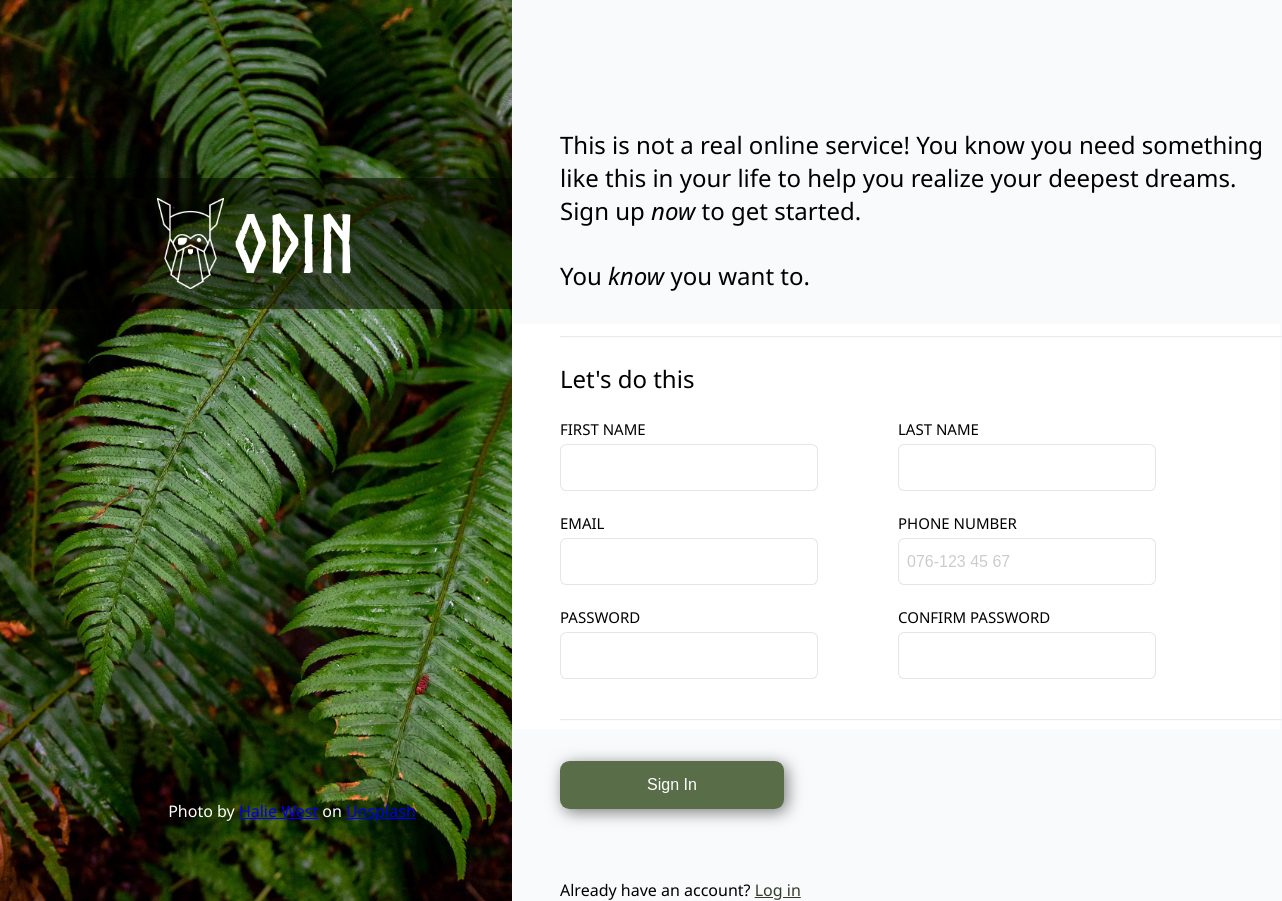
Repository: fed26sto-fundamentals/sign-up-form-odai-dh
Page: index.html
These files come from the project's save history. The page is drawn as it stood at one moment and after a run of saves; the edit follows.
The browser window is 1280 px wide. The page is 1282 px wide, so the pictures cover 1282 px, including what lies to the right of the window. The pictures show the whole page.

Above is the page before, as saved 2024-10-01 21:15:57.

### index.html
<!DOCTYPE html>
<html lang="en">

<head>
    <meta charset="UTF-8">
    <meta name="viewport" content="width=device-width, initial-scale=1.0">
    <link href="styles.css" rel="stylesheet" />
    <title>Document</title>
</head>

<body>
    <div class="leftSide">
        <div class="odinLogo">
            <img src="/img/odin-lined.png" alt="odin logo">
            <p>ODIN</p>
        </div>
        <div class="leftSideFoot">
            <p>Photo by <a href="https://unsplash.com/@haliewestphoto" target="_blank">Halie West</a> on <a
                    href="https://unsplash.com/" target="_blank">Unsplash</a></p>

        </div>
    </div>
    <div class="rightSide">
        <div class="textR">
            <p>This is not a real online service! You know you need something like this in your life to help you realize
                your deepest dreams. Sign up <em>now</em> to get started.</p>
        </div>
        <div class="textRs">
            <p> You <em>know</em> you want to.</p>
        </div>
        <div class="form">
            <form action="#" class="form">
                <div class="formTitle">
        <hr id="line">
                    <p>Let's do this</p>
                </div>
                <div class="formStart">
                    <div class="cill1">
                        <div class="firstN">
                            <label for="firstN">FIRST NAME</label>
                            <input type="text" id="firstN" class="required" name="firstName" required>
                            <span class="error-message" aria-live="polite">First Name is required</span>
                        </div>
                        <div class="emailIn">
                            <label for="emailIn">EMAIL</label>
                            <input type="email" id="emailIn" class="required" name="email" required>
                            <span class="error-message" aria-live="polite">Email is required</span>
                        </div>
                        <div class="passwordIn">
                            <label for="passwordIn">PASSWORD</label>
                            <input type="password" id="passwordIn" class="required" name="password" required minlength="8" maxlength="16">
                            <span class="error-message" aria-live="polite">Password must be between 8 and 16 characters.</span>
                        </div>
                    </div>
                    <div class="cill2">
                        <div class="lastN">
                            <label for="lastN">LAST NAME</label>
                            <input type="text" id="lastN" class="required" name="lastName" required>
                            <span class="error-message" aria-live="polite">Last Name is required</span>
                        </div>
                        <div class="nummber">
                            <label for="number">PHONE NUMBER</label>
                            <input type="tel" id="number" class="required" name="phoneNumber" pattern="076-[0-9]{3} [0-9]{2} [0-9]{2}" placeholder="076-123 45 67" required>
                            <span class="error-message" aria-live="polite">Please enter a valid phone number.</span>
                        </div>
                        <div class="passwordCon">
                            <label for="passwordCon">CONFIRM PASSWORD</label>
                            <input type="password" id="passwordCon" class="required" name="confirmPassword" required minlength="8" maxlength="16">
                            <span class="error-message" aria-live="polite">Password do Not match</span>
                        </div>
                    </div>

                </div>
                <hr id="line">
        </div>

        <div class="submtion">
            <button id="forSubmtion"> Sign In</button>
            <div id="forSubmtionError"></div>
            <p>
                Already have an account? <a href="">Log in</a>
            </p>
        </div>
        </form>
    </div>
</body>

</html>

### styles.css
@font-face {
    font-family: 'NorseBold';
    src: url('../fonts/Norse-Bold.otf') format('opentype');

}

body {
    font-family: 'Segoe UI', Tahoma, Geneva, Verdana, sans-serif;
    display: flex;
    align-content: center;
    min-height: 100vh;
    margin: 0;
    padding: 0px;
    height: 100%;
    background-color: #F9FAFB;
    ;

}



.leftSide {
    background: url(/img/green.jpg) no-repeat;
    border: 0;
    width: 40%;
    align-content: center;
    background-size: cover;
    background-position: center;

}

.odinLogo {
    display: flex;
    justify-content: center;
    align-items: center;
    height: 10%;
    padding: 20px;
    gap: 10px;
    background-color: rgba(0, 0, 0, 0.5);
    position: relative;
    top: -25vh;
}

.odinLogo img {
    height: 100%;
}

.odinLogo p {
    color: white;
    font-size: 80px;
    font-family: 'NorseBold', sans-serif;
}


.leftSideFoot {
    display: flex;
    justify-self: center;
    position: relative;
    bottom: -41vh;
    left: 5vh;
}

.leftSideFoot p {
    color: rgb(255, 255, 255);
}

.leftSideFoot a:visited {
    color: rgb(199, 201, 221);
}

.leftSideFoot a:hover {
    color: rgb(187, 131, 239);
    transition: 0.5s;
}




.rightSide {
    display: flex;
    flex-direction: column;
    gap: 2rem;
}


.rightSide>div {
    padding-left: 3rem;
}

.rightSide>div>p {
    margin-top: 0;
    margin-bottom: 0;
}

.textR,
.textRs,
.formTitle {
    font-size: 1.5rem;
}

.textR {
    margin-top: 8rem;
}

.form{
    background-color: rgb(255, 255, 255);
}
.formStart {
    display: flex;
    justify-content: left;
    gap: 5rem;
    flex-wrap: wrap;
}

.formStart div {
    display: flex;
    flex-direction: column;
    gap: 1.4rem;
}

.formStart>div {
    margin-bottom: 2rem;
}

.formStart div div label {
    font-size: 15px;
}

.formStart div div input {
    width: 100%;

}
.formStart div div input:focus {
    border-color: #007BFF;
    box-shadow: 0 0 5px rgba(0, 123, 255, 1);

}

#line{
    width: 100%;
    opacity: 0.2;

}



.error-message {
    display: none;
    color: #d30c34;
    font-size: 12px;
    margin-top: -5px;
}

input:not(:focus):invalid+.error-message {
    display: none;
}

input:invalid+.error-message {
    display: block;
    margin-top: 4px;
}
input:not(:focus):invalid {
    border: 1px solid rgba(128, 128, 128, 0.2); /* Neutraler grauer Rand */
}

input::placeholder {
    color: grey;
    font-size: 16px;
    opacity: 0.4;
}


.formStart div div input {
    height: 1.8rem;
    width: 15rem;
    border: 1px solid #ccc;
    border-radius: 0.4rem;
    outline: none;
    padding: 0.5rem;
    font-size: 18px;
}

.formStart div div {
    display: flex;
    flex-direction: column;
    gap: 0.3rem;
}

.submtion {
    display: flex;
    flex-direction: column;
    gap: 2.2rem
}

.submtion a {
    color: #596D48;
}

.submtion a:visited {
    color: #313d27;
}

#forSubmtion {
    cursor: pointer;
    height: 3rem;
    width: 14rem;
    background-color: #596D48;
    color: white;
    font-size: 16px;
    border: 0px;
    border-radius: 0.6rem;
    box-shadow: 0.2rem 0.2rem 1rem rgba(0, 0, 0, 0.5);
}

After the next 2 saves:
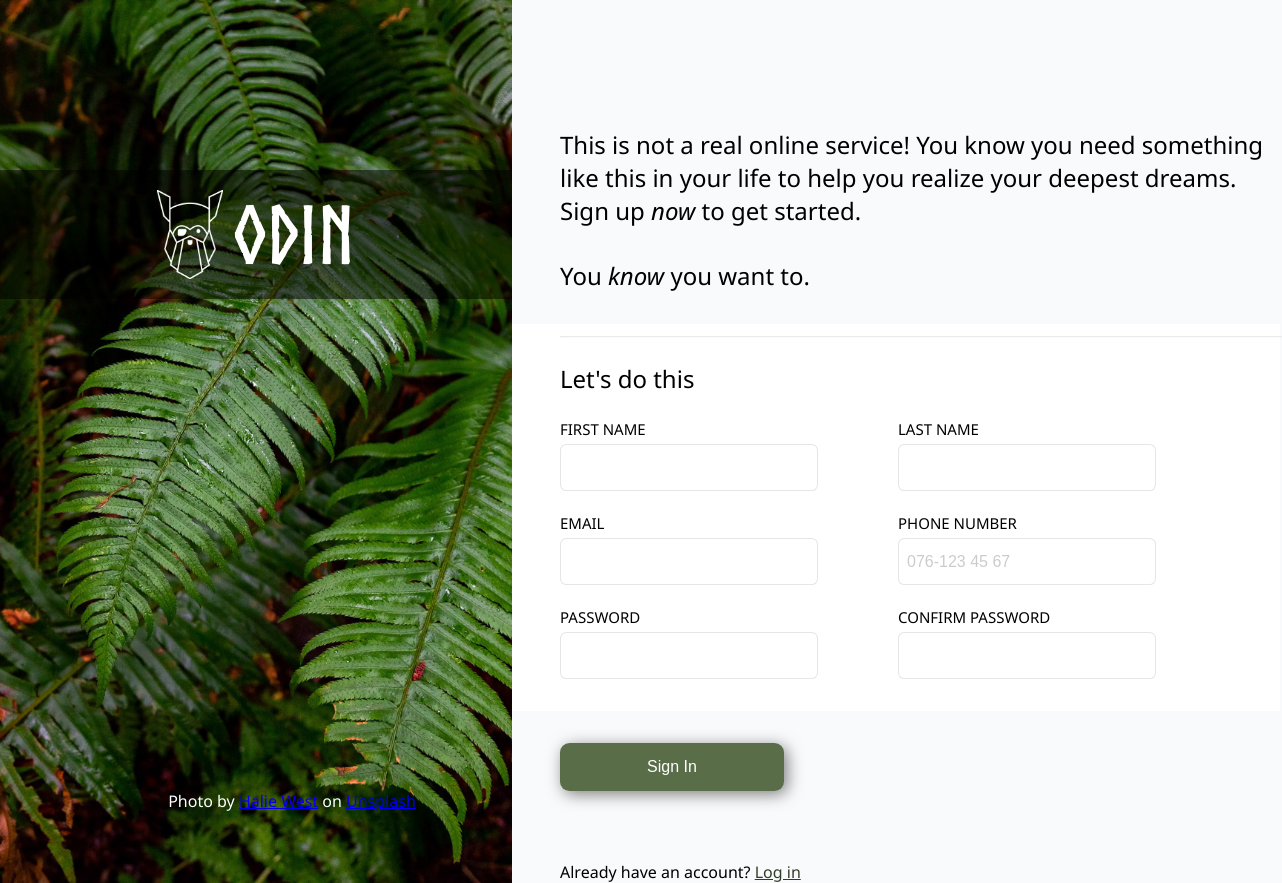
The 2 saves are shown as one change because they came seconds apart.
The last was saved 18 s later.
--- a/index.html
+++ b/index.html
@@ -71,7 +71,7 @@
                     </div>
 
                 </div>
-                <hr id="line">
+
         </div>
 
         <div class="submtion">

After the 2 saves that followed:
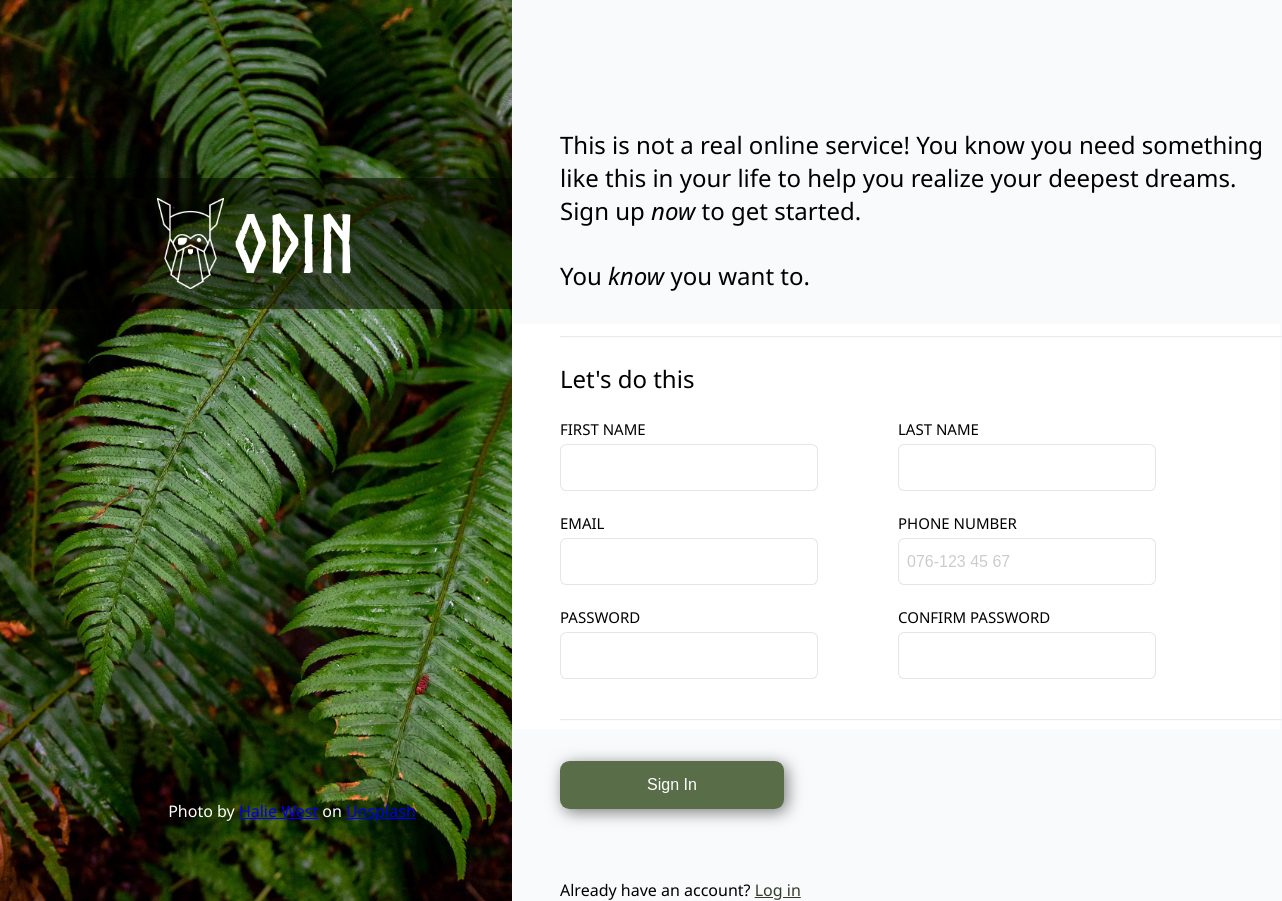
The 2 saves are shown as one change because they came seconds apart.
The last was saved 8 s later.
--- a/index.html
+++ b/index.html
@@ -71,7 +71,7 @@
                     </div>
 
                 </div>
-
+                <hr id="line">
         </div>
 
         <div class="submtion">
